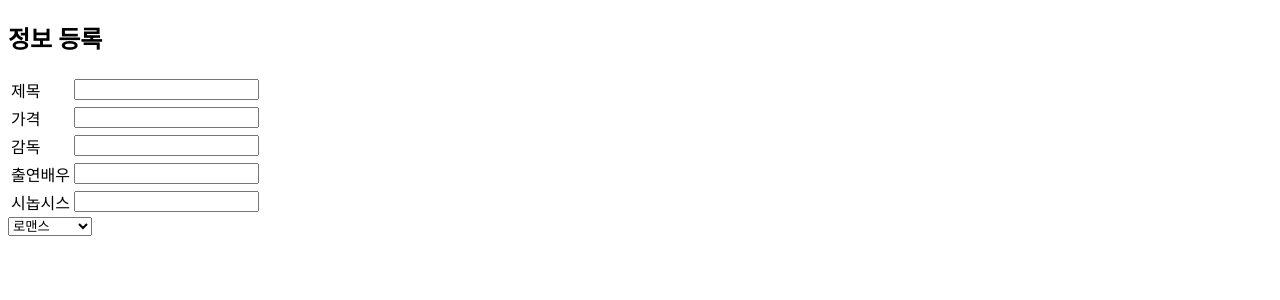
Repository: supremehappy/JSP_test02
Page: http://localhost/test/JSP_Test_06_3_movieWriteForm.jsp
The author's editor kept a copy of each file at every save. The page is drawn from the files as they stood at one save, then again after the next save.
The browser window is 1280 px wide. The pictures show the whole page.
The page is served by Tomcat 9.

Above is the page before, as saved 2017-07-17 08:02:32.

### test/WebContent/JSP_Test_06_3_movieWriteForm.jsp
<%@ page language="java" contentType="text/html; charset=UTF-8"
    pageEncoding="UTF-8"%>
<!DOCTYPE html PUBLIC "-//W3C//DTD HTML 4.01 Transitional//EN" "http://www.w3.org/TR/html4/loose.dtd">
<html>
<head>
<meta http-equiv="Content-Type" content="text/html; charset=UTF-8">
<title>Insert title here</title>
</head>
<body>
<form action="JSP_Test_06_3_movieWrite.jsp" method="post">
	<h2>정보 등록</h2>
	<table>
		<tr>
			<td>제목 		</td>
			<td><input type="text" name="title" size="20"></td>
		</tr>
		<tr>
			<td>가격 		</td>
			<td><input type="text" name="price" size="20"></td>
		</tr>
		<tr>
			<td>감독 		</td>
			<td><input type="text" name="director" size="20"></td>
		</tr>
		<tr>
			<td>출연배우 		</td>
			<td><input type="text" name="actor" size="20"></td>
		</tr>
		<tr>
			<td>시놉시스 		</td>
			<td><input type="text" name="synopsis" size="20"></td>
		</tr>
	</table>
	<select name="genre">
		<option value="로맨스">로맨스</option>
		<option value="스릴러">스릴러</option>
		<option value="미스터리">미스터리</option>
		<option value="액션">액션</option>
		<option value="코미디">코미디</option>
		<option value="애니메이션">애니메이션</option>
	</select>
</form>
</body>
</html>

After the next save:
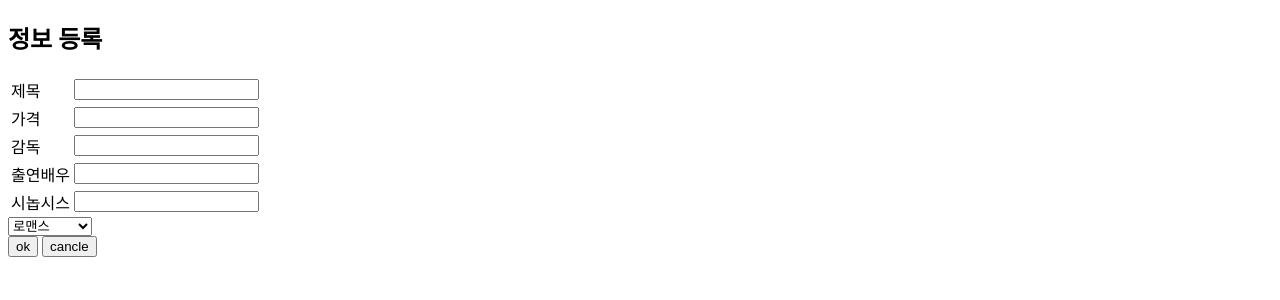
Saved 44 s later.
--- a/test/WebContent/JSP_Test_06_3_movieWriteForm.jsp
+++ b/test/WebContent/JSP_Test_06_3_movieWriteForm.jsp
@@ -39,6 +39,11 @@
 		<option value="코미디">코미디</option>
 		<option value="애니메이션">애니메이션</option>
 	</select>
+
+	<div>
+		<input type="submit" value="ok">
+		<input type="reset" value="cancle">
+	</div>
 </form>
 </body>
 </html>
